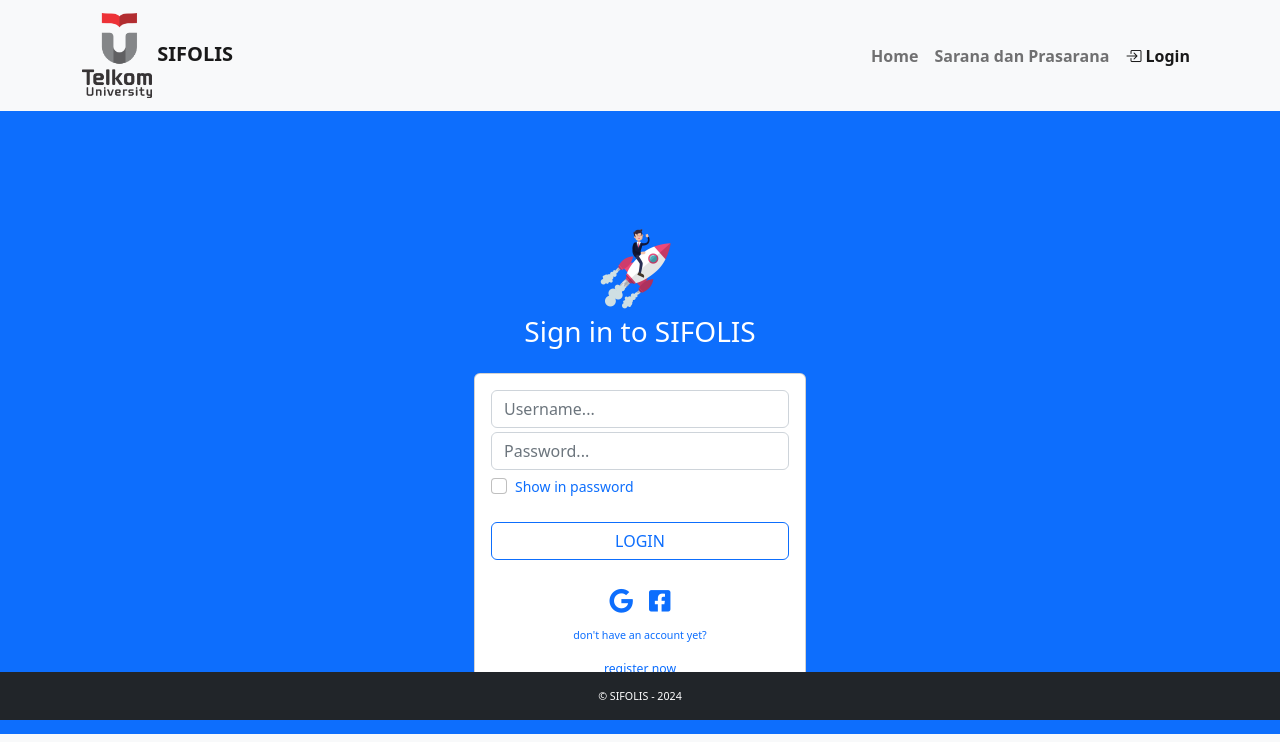
Repository: Audi87/uas_framework
Page: http://localhost/login
The author's editor kept a copy of each file at every save. The page is drawn from the files as they stood at one save, then again after the next save.
The browser window is 1280 px wide. The pictures show the whole page.
Some web libraries are served in a nearby version. The page is served by the project's Laravel application, run on PHP 8.4 with Laravel 10. Other server files are loaded and not shown.

Above is the page before, as saved 2024-06-13 20:47:41.

### routes/web.php
<?php

use App\Http\Controllers\{
    BarangController, ContactController, CustumerController, DataPeminjamanController, HistoryController,
    Home, LoginController, PeminjamanController, ProfilController, RegistrasiController,
    SaranaDanPrasaranaController, AdminController
};
use Illuminate\Support\Facades\Route;


Route::get('/', [Home::class, 'index'])->middleware('auth');

Route::get('/login', [LoginController::class, 'index'])->name('login')->middleware('guest');
Route::post('/login', [LoginController::class, 'login']);
Route::post('/logout', [LoginController::class, 'logout']);

Route::get('/registrasi', [RegistrasiController::class, 'index'])->middleware('guest');
Route::post('/registrasi', [RegistrasiController::class, 'registrasi']);

Route::get('/dashboard', function() {
    return view('dashboard.index', ['title' => 'Dashboard Admin']);
})->middleware('admin');

Route::get('/profil/{user:id}', [ProfilController::class, 'index'])->middleware('auth');

Route::get('/sarana dan prasarana', [SaranaDanPrasaranaController::class, 'index'])->middleware('auth');
Route::resource('/sarana-prasarana', BarangController::class)->middleware('admin');

Route::get('/peminjaman/{barang:id}', [PeminjamanController::class, 'index'])->middleware('auth');
Route::post('/peminjaman/{barang:id}', [PeminjamanController::class, 'peminjaman'])->middleware('auth');

Route::get('/history/{user:id}', [HistoryController::class, 'index'])->middleware('auth');

Route::get('/kembalikan/{id}', [PeminjamanController::class, 'kembalikan'])->middleware('auth');
Route::get('/detail-peminjaman/{id}', [PeminjamanController::class, 'detailPeminjaman'])->middleware('auth');

Route::get('/category/{id}', [SaranaDanPrasaranaController::class, 'category'])->middleware('auth');

Route::get('/custumer', [CustumerController::class, 'index'])->middleware('admin');
Route::get('/custumer/{user:id}', [CustumerController::class, 'detail'])->middleware('admin');

Route::get('/data-peminjaman', [DataPeminjamanController::class, 'index'])->middleware('admin');
Route::get('/data-peminjaman/{id}', [DataPeminjamanController::class, 'detail'])->middleware('admin');

Route::get('/contact', [ContactController::class, 'index'])->middleware('auth');

### app/Http/Controllers/LoginController.php
<?php

namespace App\Http\Controllers;

use Illuminate\Support\Facades\Auth;
use Illuminate\Http\Request;

class LoginController extends Controller
{
    // Function untuk menampilkan view login
    public function index(){
        return view('login.login', [
            'title' => 'Login'
        ]);
    }

    // Function untuk proses login
    public function login(Request $request)
    {
        $validateData = $request->validate([
            'username' => ['required'],
            'password' => ['required']
        ]);

        if(Auth::attempt($validateData)){
            $request->session()->regenerate();
            return redirect()->intended('/')->with('success', 'Login successful!');
        }else{
            return redirect('/login')->with('error', 'Wrong username or password');
        }
    }

    // Function untuk proses logout
    public function logout(Request $request)
    {
        Auth::logout();

        $request->session()->invalidate();

        $request->session()->regenerateToken();

        return redirect('/login')->with('success', 'Logout successfully');
    }
}

### resources/views/login/login.blade.php
@extends('layouts.main')

@section('content')
<div class="p-3 mb-2 bg-primary text-white">
    <div class="container-fluid">
        <div class="container" style="height: 72vh">
            <br>
            <div class="row mt-5 text-center mb-5">
                {{-- Alert --}}
                <div class="col-lg-4 offset-lg-4 mb-3">
                    @if(session()->has('success'))
                    <div class="alert alert-primary" role="alert">
                        <strong><small>{{ session('success') }}</small></strong>
                    </div>
                    @endif
                </div>
                {{-- End alert --}}
                <div class="col-lg-4 offset-lg-4">
                    <img src="img/pngwing.com (7).png" width="100" alt="">
                    <h3>Sign in to SIFOLIS</h3>
                </div>
                <div class="col-lg-4 offset-lg-4 col-10 offset-1 mt-3">
                    {{-- Form Login --}}
                    <div class="container">
                        <div class="card">
                            <div class="card-body">
                                <form action="/login" method="post">
                                    @csrf
                                    <div class="mb-1">
                                        <input type="text" id="username" name="username" placeholder="Username..." value="{{ old('username') }}" class="form-control @error('username') is-invalid @enderror">
                                        @error('username')
                                        <div class="invalid-feedback">
                                            {{ $message }}
                                        </div>
                                        @enderror
                                    </div>

                                    <div class="mb-1">
                                        <input type="password" id="password" name="password" placeholder="Password..." value="{{ old('password') }}" class="form-control @error('password') is-invalid @enderror">
                                        @error('password')
                                        <div class="invalid-feedback">
                                            {{ $message }}
                                        </div>
                                        @enderror
                                    </div>

                                    <div class="mb-2 text-start">
                                        <div class="form-check">
                                            <input class="form-check-input" type="checkbox" value="" id="flexCheckDefault">
                                            <label class="form-check-label" for="flexCheckDefault">
                                                <p class="text-primary"> <small>Show in password<small></p>
                                            </label>
                                        </div>
                                    </div>

                                    <div class="mb-4">
                                        <button class="btn btn-outline-primary w-100" type="submit">LOGIN</button>
                                    </div>
                                    <h3>
                                        <div class="sosmed d-flex justify-content-center gap-3">
                                            <a href="https://myaccount.google.com/?utm_source=sign_in_no_continue&pli=1"><i class="fa-brands fa-google fa-sm "></i></a>
                                            <a href="https://www.facebook.com/"><i class="fa-brands fa-square-facebook fa-sm"></i></a>
                                        </div>
                                    </h3>

                                    <div>
                                        <p class="text-primary"><small>don't have an account yet?</small></p>
                                        <p><a href="registrasi" class="text-decoration-none">register now</a></p>
                                    </div>
                                </form>
                            </div>
                        </div>
                        {{-- End Form --}}
                    </div>
                </div>

            </div>
        </div>
    </div>
    <br><br><br>


@if(session('error'))
<script>
    Swal.fire({
        title: 'Error!',
        text: "{{ session('error') }}",
        icon: 'error',
        confirmButtonText: 'Ok'
    });
</script>
@endif
<!-- End Sweet Alert -->

@endsection

### resources/views/layouts/main.blade.php
<!doctype html>
<html lang="en">
  <head>
    <meta charset="utf-8">
    <meta name="viewport" content="width=device-width, initial-scale=1">
    <title>{{ $title }}</title>

    <link rel="stylesheet" href="/css/stylee.css">

    {{-- Link Aos --}}
    <link rel="stylesheet" href="https://unpkg.com/aos@next/dist/aos.css" />

    {{-- Link Icons Bootstrap --}}
    <link rel="stylesheet" href="https://cdn.jsdelivr.net/npm/bootstrap-icons@1.9.1/font/bootstrap-icons.css">

    <link href="https://cdn.jsdelivr.net/npm/bootstrap@5.2.0/dist/css/bootstrap.min.css" rel="stylesheet" integrity="sha384-gH2yIJqKdNHPEq0n4Mqa/HGKIhSkIHeL5AyhkYV8i59U5AR6csBvApHHNl/vI1Bx" crossorigin="anonymous">
    <link href="https://fonts.googleapis.com/css2?family=Poppins:wght@400;500;600&display=swap" rel="stylesheet">
    <link rel="stylesheet" href="https://cdnjs.cloudflare.com/ajax/libs/font-awesome/6.4.0/css/all.min.css"
        integrity="sha512-iecdLmaskl7CVkqkXNQ/ZH/XLlvWZOJyj7Yy7tcenmpD1ypASozpmT/E0iPtmFIB46ZmdtAc9eNBvH0H/ZpiBw=="
        crossorigin="anonymous" referrerpolicy="no-referrer" />
  </head>
  <body class="bg-light">

    {{-- Include navbar --}}
    @include('navbar.navbar')

    {{-- Content --}}
    @yield('content')
    {{-- End Content --}}

    {{-- Include Footer --}}
    @include('footer.footer')

    <script src="https://cdn.jsdelivr.net/npm/bootstrap@5.2.0/dist/js/bootstrap.bundle.min.js" integrity="sha384-A3rJD856KowSb7dwlZdYEkO39Gagi7vIsF0jrRAoQmDKKtQBHUuLZ9AsSv4jD4Xa" crossorigin="anonymous"></script>

    <script src="https://unpkg.com/aos@next/dist/aos.js"></script>
    <script>
      AOS.init();
    </script>

    {{-- Js Jquery --}}
    <script src="/js/jquery.js"></script>

    {{-- Script js --}}
    <script src="/js/script.js"></script>

  </body>
</html>

### resources/views/navbar/navbar.blade.php
{{-- Navbar --}}
<nav class="navbar navbar-expand-lg bg-light navbar-light">
    <div class="container">
        <a class="navbar-brand" href="/"><img src="img/logo.png" width="70" alt="" data-aos="flip-left"
                data-aos-duration="2000"> SIFOLIS </a>
        <button class="navbar-toggler" type="button" data-bs-toggle="collapse" data-bs-target="#navbarNav"
            aria-controls="navbarNav" aria-expanded="false" aria-label="Toggle navigation">
            <span class="navbar-toggler-icon"></span>
        </button>
        <div class="collapse navbar-collapse" id="navbarNav">
            <ul class="navbar-nav ms-auto">
                <li class="nav-item">
                    <a class="nav-link {{ Request::is('/') ? 'active' : '' }}" aria-current="page"
                        href="/">Home</a>
                </li>
                <li class="nav-item">
                    <a class="nav-link {{ Request::is('sarana dan prasarana') ? 'active' : '' }}" aria-current="page"
                        href="/sarana dan prasarana">Sarana dan Prasarana</a>
                </li>

                @auth
                    <li class="nav-item dropdown">
                        <a class="nav-link dropdown-toggle" href="#" role="button" data-bs-toggle="dropdown"
                            aria-expanded="false">
                            <i class="bi bi-person-lines-fill"></i> Welcome, {{ auth()->user()->username }}
                        </a>
                        <ul class="dropdown-menu">
                            @can('admin')
                                <li><a class="dropdown-item" href="/dashboard">Dashboard Admin</a></li>
                            @endcan
                            <li><a class="dropdown-item" href="/history/{{ auth()->user()->id }}">Peminjaman</a></li>
                            <li><a class="dropdown-item" href="/contact">Contact Us</a></li>
                            <li><a class="dropdown-item" href="/profil/{{ auth()->user()->id }}"><i
                                        class="bi bi-person-lines-fill"></i> My Profil</a></li>
                            <li>
                                <hr class="dropdown-divider">
                            </li>
                            {{-- Form Logout --}}
                            <form action="/logout" method="post">
                                @csrf
                                <button type="submit" class="dropdown-item"
                                    onclick="return confirm('sure want to go out?')"><i class="bi bi-box-arrow-in-left"></i>
                                    Logout</button>
                            </form>
                            {{-- End From --}}
                        </ul>
                    </li>
                @else
                    <li class="nav-item">
                        <a class="nav-link {{ Request::is('login') ? 'active' : '' }}" href="/login"><i
                                class="bi bi-box-arrow-in-right"></i> Login</a>
                    </li>
                @endauth

            </ul>
        </div>
    </div>
</nav>
{{-- End Navbar --}}

### resources/views/footer/footer.blade.php
<div class="container">
    <!-- Konten Halaman di sini -->
</div>
<div class="fixed-bottom">
<footer class="container-fluid bg-dark text-white text-center">
    <div class="container1">
        <div class="row">
            <div class="col-lg-12">
                <small><p class="mt-3">&copy; SIFOLIS - 2024</p></small>
            </div>
        </div>
    </div>
    </div>
</footer>

### public/css/stylee.css
nav ul li {
    font-weight: bold;
}

nav a {
    font-weight: bold;
}

nav ul li:hover {
    background-color: black;
    opacity: 0.8;
    border-radius: 17px;
    text-decoration: underline;
}

### public/js/script.js
$(document).ready(function(){


    window.setTimeout(function(){
        $('.alert').fadeTo(300, 0).slideUp(300, function(){
            $(this).remove();
        });
    }, 4000);

    // Js Show password
    $('#flexCheckDefault').click(function(){
        if($(this).is(':checked')){
            $('#password').attr('type', 'text')
        }else{
            $('#password').attr('type', 'password')
        }
    });

});

Loaded but not shown: app/Http/Controllers/Controller.php (common file); public/js/jquery.js (library)

After the next save:
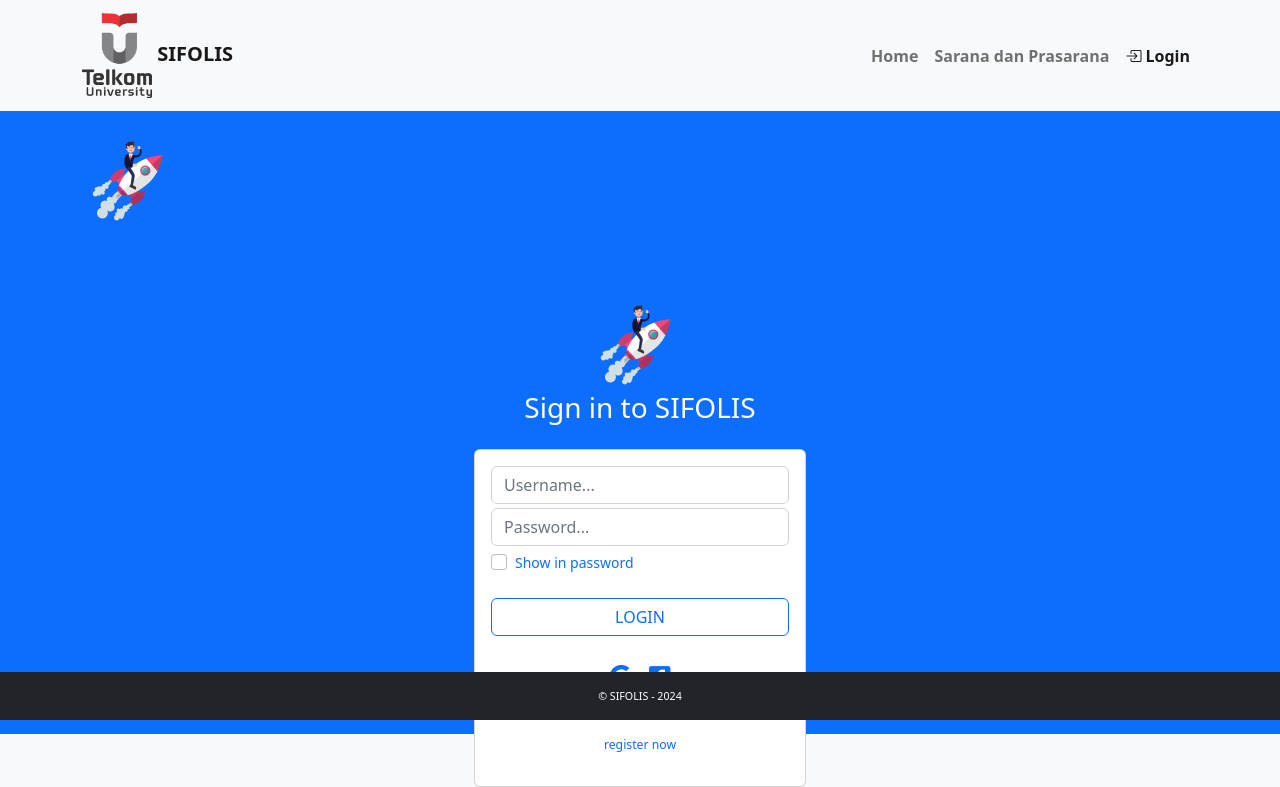
Saved 31 s later.
--- a/resources/views/login/login.blade.php
+++ b/resources/views/login/login.blade.php
@@ -4,6 +4,7 @@
 <div class="p-3 mb-2 bg-primary text-white">
     <div class="container-fluid">
         <div class="container" style="height: 72vh">
+            <img src="img/pngwing.com (7).png" width="100" alt="">
             <br>
             <div class="row mt-5 text-center mb-5">
                 {{-- Alert --}}

After the save that followed:
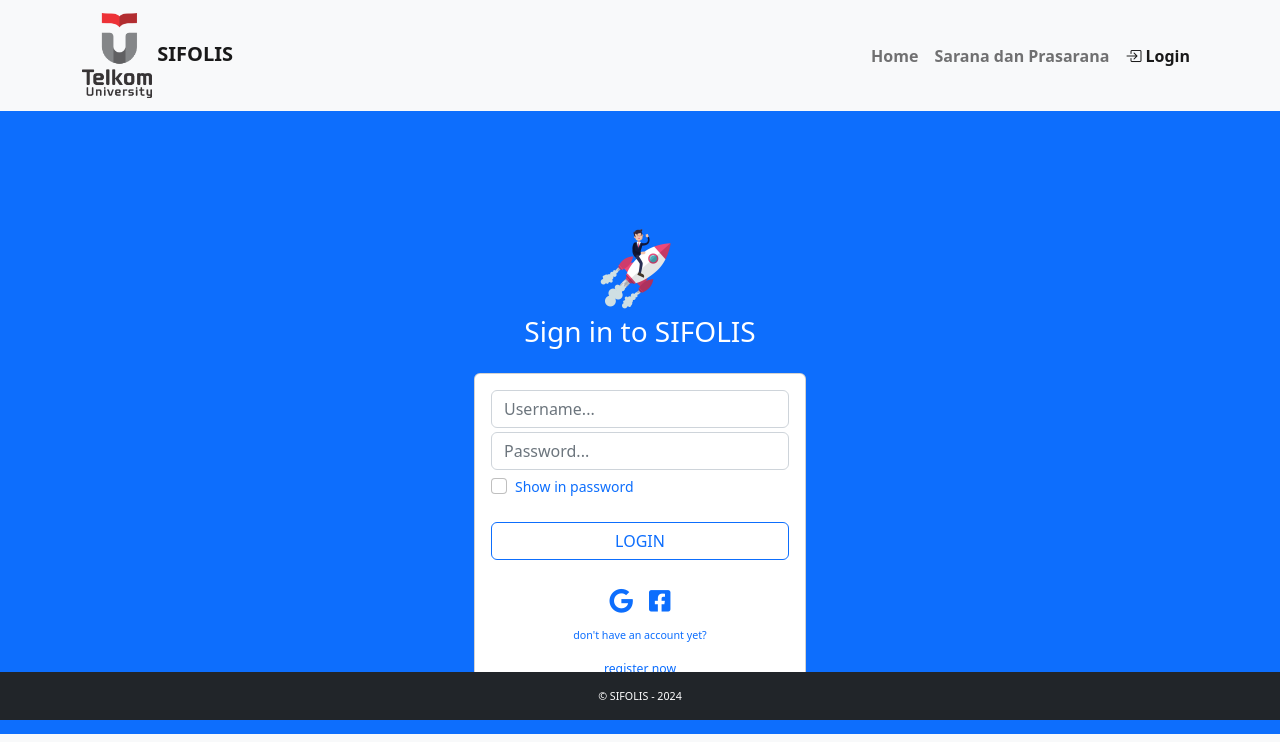
Saved 60 s later.
--- a/resources/views/login/login.blade.php
+++ b/resources/views/login/login.blade.php
@@ -4,7 +4,6 @@
 <div class="p-3 mb-2 bg-primary text-white">
     <div class="container-fluid">
         <div class="container" style="height: 72vh">
-            <img src="img/pngwing.com (7).png" width="100" alt="">
             <br>
             <div class="row mt-5 text-center mb-5">
                 {{-- Alert --}}
